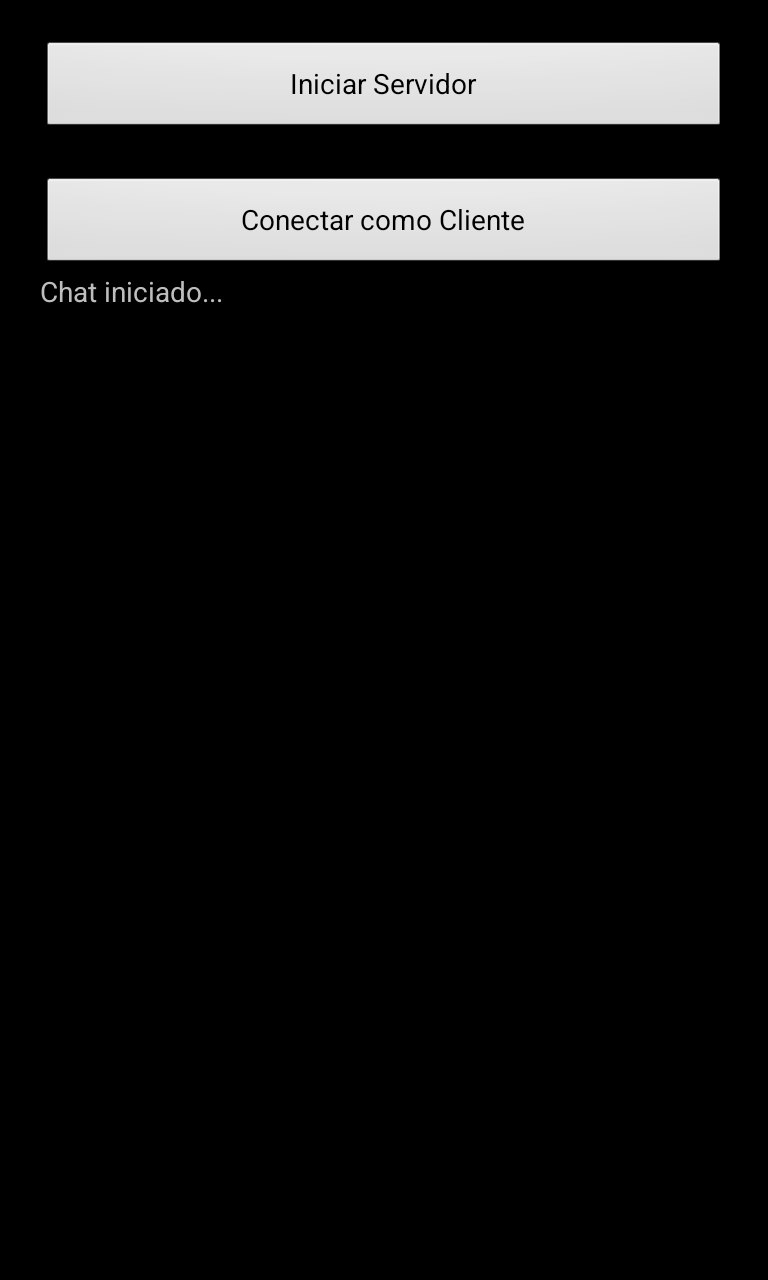
Repository: JoelmirMoura/AppMensagem
Layout: Mensagem/res/layout/main.xml
The author's editor kept a copy of each file at every save. The layout is drawn from the files as they stood at one save, then again after the next save.
It is drawn on a 768 x 1280 px phone screen (xhdpi) without system bars, with theme android:Theme; the app's code is not run.

Above is the layout before, as saved 2026-04-24 12:09:37.

After the next save:
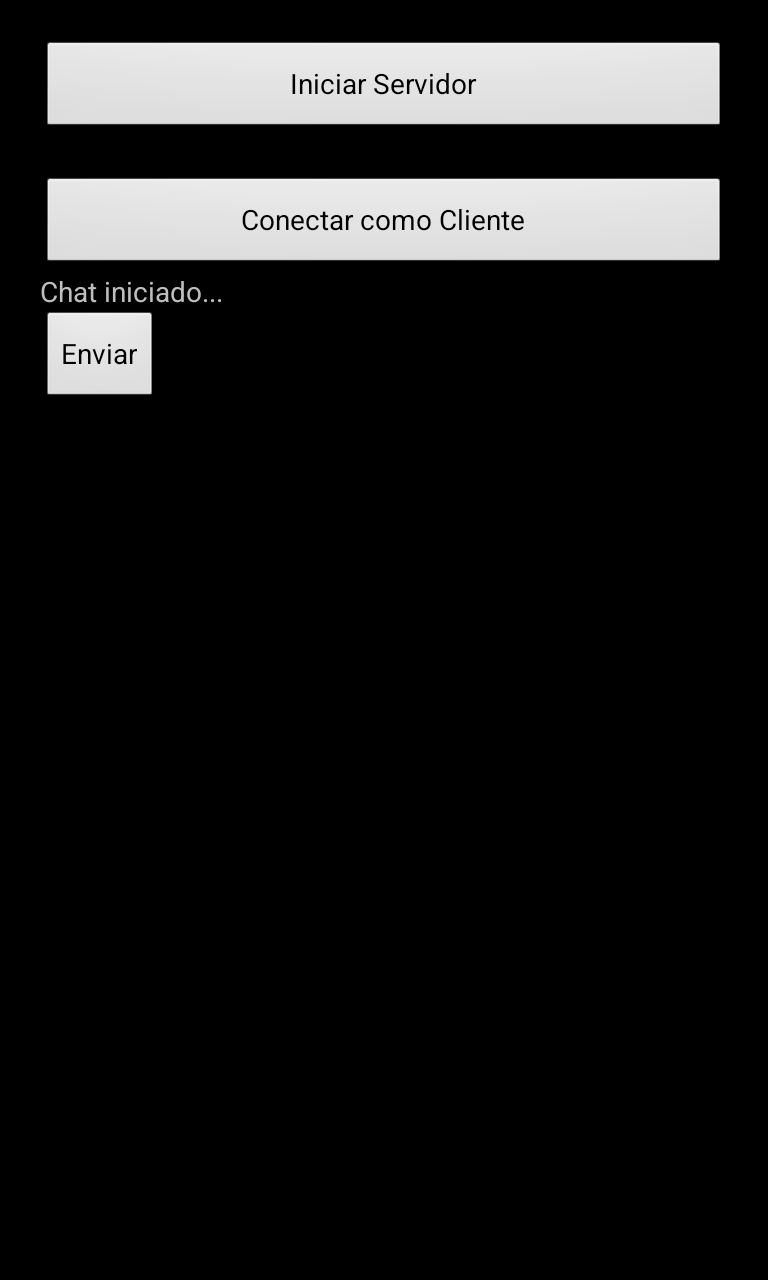
Saved 98 s later.
--- a/Mensagem/res/layout/main.xml
+++ b/Mensagem/res/layout/main.xml
@@ -23,4 +23,10 @@
     android:layout_height="wrap_content"
     android:text="Chat iniciado..." />
 
+    <Button
+    android:id="@+id/btnEnviar"
+    android:layout_width="wrap_content"
+    android:layout_height="wrap_content"
+    android:text="Enviar"/>
+
 </LinearLayout>
